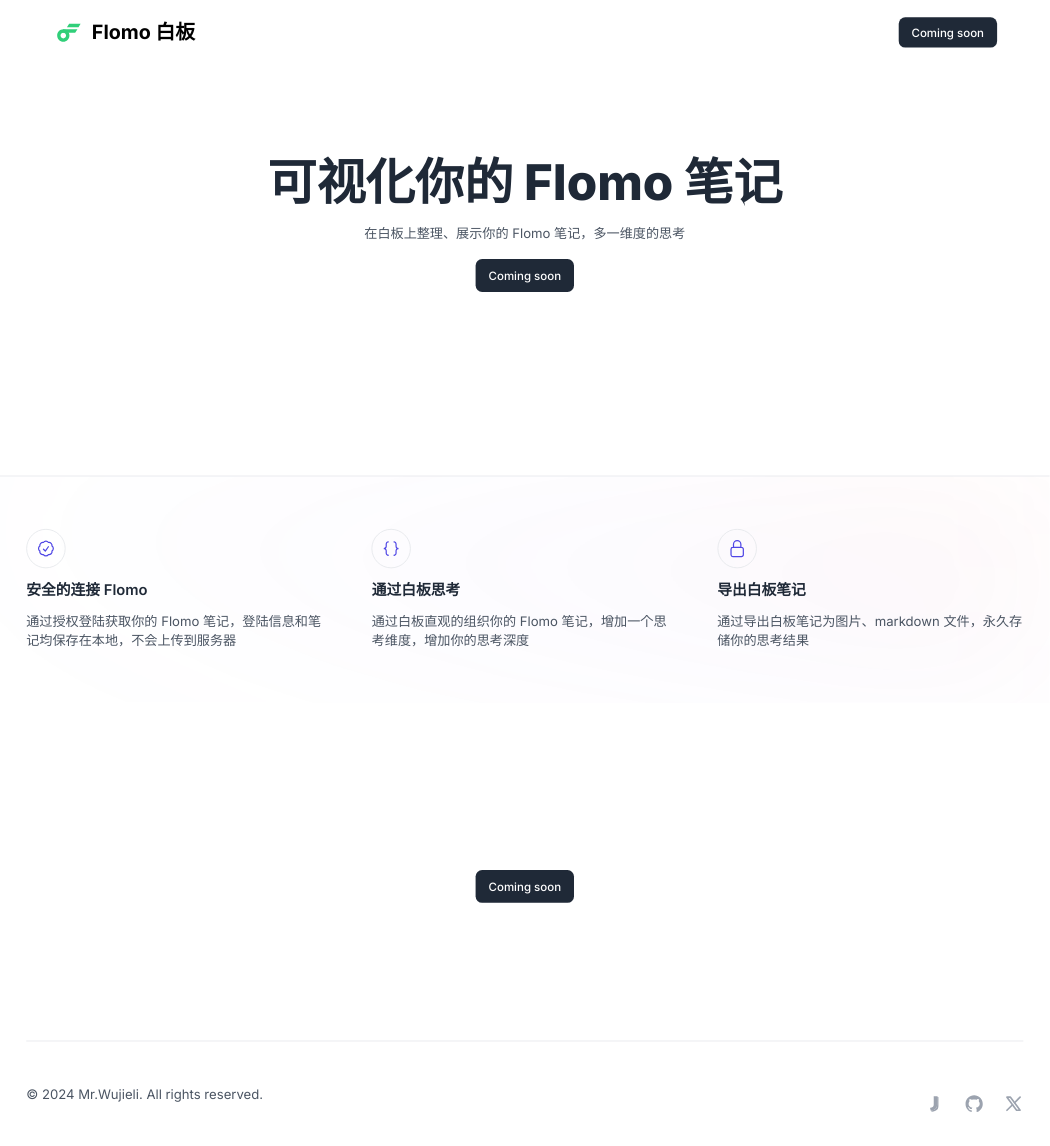
Repository: wujieli0207/flomo-board
Page: /
The author's editor kept a copy of each file at every save. The page is drawn from the files as they stood at one save, then again after the next save.
The browser window is 1280 px wide. The pictures show the whole page, at 82% of full size.
The project was rebuilt for these pictures with package versions that can differ from the ones it lists, and the page was loaded fresh each time. The framework's server and built-in components were replaced by stand-ins that run in the browser. Also part of the build but not shown: next.config.mjs.

Above is the page before, as saved 2024-06-22 20:27:00.

### app/page.tsx
import GradientWrapper from '@/components/GradientWrapper'
import Features from '@/components/ui/Features'
import Footer from '@/components/ui/Footer'
import FooterCTA from '@/components/ui/FooterCTA'
import Hero from '@/components/ui/Hero'
import Navbar from '@/components/ui/Navbar'

export default function Home() {
  return (
    <>
      <Navbar />
      <main className="flex min-h-screen flex-col items-center justify-between">
        <Hero />
        <GradientWrapper>
          <Features />
        </GradientWrapper>
        <FooterCTA />
      </main>
      <Footer />
    </>
  )
}

### app/globals.css
@tailwind base;
@tailwind components;
@tailwind utilities;

.custom-screen {
  @apply max-w-screen-xl mx-auto px-4 md:px-8;
}

.gradient-border {
  border: 1px solid transparent;
  background: linear-gradient(white, white),
    linear-gradient(
      25deg,
      rgba(209, 213, 219, 1),
      rgba(209, 213, 219, 1),
      rgba(0, 0, 0, 0.63),
      rgba(209, 213, 219, 1),
      rgba(209, 213, 219, 1)
    );
  background-clip: padding-box, border-box;
  background-origin: padding-box, border-box;
}

### components/GradientWrapper.tsx
import { ReactNode } from 'react'

interface IProps {
  children: ReactNode
  className?: string
}

const GradientWrapper = ({ children, className = '' }: IProps) => (
  <div
    className={`relative overflow-hidden my-16 border-t sm:my-28 ${
      className ?? ''
    }`}
  >
    <div
      className="blur-[100px] absolute inset-0 w-full h-full"
      style={{
        background:
          'linear-gradient(202.72deg, rgba(237, 78, 80, 0.05) 14.76%, rgba(152, 103, 240, 0.04) 34.37%, rgba(152, 103, 240, 0) 86.62%)',
      }}
    ></div>
    <div className="relative">{children}</div>
  </div>
)

export default GradientWrapper

### components/ui/Features/index.tsx
import SectionWrapper from '../../SectionWrapper'

const Features = () => {
  const features = [
    {
      icon: (
        <svg
          xmlns="http://www.w3.org/2000/svg"
          fill="none"
          viewBox="0 0 24 24"
          strokeWidth={1.5}
          stroke="currentColor"
          className="w-6 h-6"
        >
          <path
            strokeLinecap="round"
            strokeLinejoin="round"
            d="M9 12.75L11.25 15 15 9.75M21 12c0 1.268-.63 2.39-1.593 3.068a3.745 3.745 0 01-1.043 3.296 3.745 3.745 0 01-3.296 1.043A3.745 3.745 0 0112 21c-1.268 0-2.39-.63-3.068-1.593a3.746 3.746 0 01-3.296-1.043 3.745 3.745 0 01-1.043-3.296A3.745 3.745 0 013 12c0-1.268.63-2.39 1.593-3.068a3.745 3.745 0 011.043-3.296 3.746 3.746 0 013.296-1.043A3.746 3.746 0 0112 3c1.268 0 2.39.63 3.068 1.593a3.746 3.746 0 013.296 1.043 3.746 3.746 0 011.043 3.296A3.745 3.745 0 0121 12z"
          />
        </svg>
      ),
      title: '安全的连接 Flomo',
      desc: '通过授权登陆获取你的 Flomo 笔记，登陆信息和笔记均保存在本地，不会上传到服务器',
    },
    {
      icon: (
        <svg
          className="w-6 h-6"
          viewBox="0 0 24 24"
          fill="none"
          xmlns="http://www.w3.org/2000/svg"
        >
          <path
            fill-rule="evenodd"
            clip-rule="evenodd"
            d="M9 4.476V3H8.865C8.3955 3 7.941 3.093 7.5015 3.2775C7.06407 3.46087 6.66854 3.73136 6.339 4.0725C6.01829 4.39483 5.76667 4.77915 5.5995 5.202V5.2035C5.45069 5.60502 5.35097 6.02305 5.3025 6.4485V6.4515C5.25984 6.8816 5.24781 7.31419 5.2665 7.746C5.2845 8.181 5.2935 8.616 5.2935 9.0495C5.2935 9.354 5.2335 9.639 5.118 9.9075V9.909C4.89786 10.433 4.48805 10.8546 3.9705 11.0895C3.70659 11.2048 3.42148 11.2635 3.1335 11.262H3V12.738H3.135C3.4275 12.738 3.705 12.798 3.969 12.9195L3.9705 12.921C4.2375 13.038 4.464 13.197 4.653 13.398L4.656 13.401C4.851 13.596 5.0055 13.8285 5.1165 14.0985L5.118 14.1015C5.235 14.3715 5.2935 14.6535 5.2935 14.9505C5.2935 15.3855 5.2845 15.8205 5.2665 16.254C5.2485 16.698 5.2605 17.1315 5.3025 17.559V17.5605C5.352 17.985 5.451 18.3975 5.598 18.7965V18.798C5.757 19.2075 6.0045 19.584 6.339 19.9275C6.6735 20.2725 7.062 20.538 7.5015 20.7225C7.941 20.907 8.3955 21 8.8665 21H9V19.524H8.865C8.565 19.524 8.2845 19.467 8.0205 19.3515C7.76585 19.2325 7.53389 19.0701 7.335 18.8715C7.14192 18.666 6.98519 18.4291 6.8715 18.171C6.7605 17.901 6.7065 17.616 6.7065 17.3115C6.7065 16.9695 6.711 16.632 6.723 16.3035C6.735 15.9615 6.735 15.6285 6.723 15.306C6.71771 14.9845 6.69015 14.6637 6.6405 14.346C6.59278 14.0326 6.50819 13.726 6.3885 13.4325C6.15504 12.8646 5.77322 12.3698 5.283 12C5.77377 11.6304 6.15612 11.1356 6.39 10.5675C6.51 10.2795 6.5925 9.978 6.642 9.6645C6.6915 9.3495 6.7185 9.03 6.7245 8.7045C6.7365 8.3745 6.7365 8.0415 6.7245 7.7055C6.7125 7.3695 6.7065 7.0305 6.7065 6.6885C6.7039 6.25858 6.82703 5.83727 7.06076 5.47643C7.29448 5.11558 7.6286 4.83093 8.022 4.6575C8.28687 4.53605 8.57512 4.4741 8.8665 4.476H9ZM15 19.524V21H15.135C15.6045 21 16.059 20.907 16.4985 20.7225C16.938 20.538 17.3265 20.2725 17.661 19.9275C17.9955 19.5825 18.243 19.2075 18.4005 18.798V18.7965C18.5505 18.3975 18.648 17.982 18.6975 17.5515V17.5485C18.7395 17.1285 18.7515 16.698 18.7335 16.254C18.7155 15.819 18.7065 15.384 18.7065 14.9505C18.7065 14.646 18.7665 14.361 18.882 14.0925V14.091C19.1019 13.5668 19.5118 13.1452 20.0295 12.9105C20.2935 12.7954 20.5785 12.7367 20.8665 12.738H21V11.262H20.865C20.571 11.262 20.2935 11.202 20.0295 11.0805L20.028 11.079C19.7705 10.968 19.5382 10.8057 19.3455 10.602L19.3425 10.599C19.1443 10.3993 18.9878 10.1622 18.882 9.9015V9.8985C18.7648 9.63083 18.7045 9.34171 18.705 9.0495C18.705 8.6145 18.714 8.1795 18.732 7.746C18.7507 7.3107 18.7387 6.87461 18.696 6.441V6.4395C18.6474 6.01715 18.5482 5.60217 18.4005 5.2035V5.202C18.2329 4.77902 17.9807 4.39469 17.6595 4.0725C17.3299 3.7314 16.9344 3.46091 16.497 3.2775C16.0653 3.09415 15.601 2.99977 15.132 3H15V4.476H15.135C15.435 4.476 15.7155 4.533 15.978 4.6485C16.239 4.7715 16.467 4.9305 16.6635 5.1285C16.854 5.3295 17.0085 5.5635 17.127 5.829C17.238 6.099 17.292 6.384 17.292 6.6885C17.292 7.0305 17.2875 7.3665 17.2755 7.6965C17.2635 8.0385 17.2635 8.3715 17.2755 8.694C17.2815 9.027 17.3085 9.3465 17.358 9.654C17.4075 9.975 17.4915 10.278 17.61 10.5675C17.8439 11.1356 18.2263 11.6303 18.717 12C18.2263 12.3697 17.8439 12.8644 17.61 13.4325C17.4912 13.7227 17.4066 14.0257 17.358 14.3355C17.3085 14.6505 17.2815 14.97 17.2755 15.2955C17.2634 15.6284 17.2634 15.9616 17.2755 16.2945C17.2875 16.6305 17.2935 16.9695 17.2935 17.3115C17.2959 17.7414 17.1727 18.1626 16.939 18.5234C16.7053 18.8842 16.3713 19.1689 15.978 19.3425C15.7131 19.4639 15.4249 19.5259 15.1335 19.524H15Z"
            fill="currentColor"
          />
        </svg>
      ),
      title: '通过白板思考',
      desc: '通过白板直观的组织你的 Flomo 笔记，增加一个思考维度，增加你的思考深度',
    },
    {
      icon: (
        <svg
          xmlns="http://www.w3.org/2000/svg"
          fill="none"
          viewBox="0 0 24 24"
          strokeWidth={1.5}
          stroke="currentColor"
          className="w-6 h-6"
        >
          <path
            strokeLinecap="round"
            strokeLinejoin="round"
            d="M16.5 10.5V6.75a4.5 4.5 0 10-9 0v3.75m-.75 11.25h10.5a2.25 2.25 0 002.25-2.25v-6.75a2.25 2.25 0 00-2.25-2.25H6.75a2.25 2.25 0 00-2.25 2.25v6.75a2.25 2.25 0 002.25 2.25z"
          />
        </svg>
      ),
      title: '导出白板笔记',
      desc: '通过导出白板笔记为图片、markdown 文件，永久存储你的思考结果',
    },
  ]

  return (
    <SectionWrapper>
      <div id="features" className="custom-screen text-gray-600">
        <ul className="grid gap-x-12 gap-y-8 sm:grid-cols-2 lg:grid-cols-3">
          {features.map((item, idx) => (
            <li key={idx} className="space-y-3">
              <div className="w-12 h-12 border text-indigo-600 rounded-full flex items-center justify-center">
                {item.icon}
              </div>
              <h4 className="text-lg text-gray-800 font-semibold">
                {item.title}
              </h4>
              <p>{item.desc}</p>
            </li>
          ))}
        </ul>
      </div>
    </SectionWrapper>
  )
}

export default Features

### components/ui/Footer/index.tsx
import Link from 'next/link'

const socialInfo = [
  {
    icon: (
      <svg
        className="fill-current h-6"
        viewBox="0 0 1024 1024"
        version="1.1"
        xmlns="http://www.w3.org/2000/svg"
        p-id="11966"
      >
        <path
          d="M297.88660622 864.60698169a17.99472925 17.99472925 0 0 1-1.92238933 0.35535076l61.27179093 59.73970488c58.91832035-5.41181725 116.59000035-20.90744035 159.05150293-36.26325333 42.49645511-15.39076551 77.44316302-35.15642311 104.9100288-59.38435413a221.79130027 221.79130027 0 0 0 61.02129778-87.27647574c13.18293049-33.98551325 19.77148302-73.20225565 19.77148302-117.66187804V404.55008711c0-49.51608889 0.18058809-92.43779982 0.53593885-128.73600569 0.35535075-36.3331584 0.57089138-69.10698382 0.57089138-98.42633387l-68.53609245-54.67741297c0 29.24361955-0.18058809 62.01744498-0.53593884 98.31565084s-0.53593885 79.22574222-0.53593884 128.73600569v219.57763982c0 44.45379698-6.58855253 83.6763648-19.77148303 117.62692552a221.8786816 221.8786816 0 0 1-61.02129777 87.27647573c-27.43191325 24.2221056-62.40774827 44.02854115-104.9100288 59.38435413-41.93138915 15.16357405-91.9076864 25.49787307-149.89976463 30.97959538z"
          p-id="11967"
        ></path>
        <path
          d="M634.59018525 122.59965155c0 29.27857209-0.21554062 62.08735005-0.57089138 98.39138134a13396.43221333 13396.43221333 0 0 0-0.53593885 128.77678364v219.57763982c0 44.45379698-6.58855253 83.6763648-19.80643555 117.62692552a221.85537991 221.85537991 0 0 1-60.98634525 87.27647573c-27.46686578 24.2221056-62.44852622 44.02854115-104.9100288 59.38435413s-93.15432675 25.75419165-152.07264711 31.17183432l-33.05927111-142.02379378c26.85519645-2.98261618 53.48320142-7.79441493 79.68595058-14.38879289a165.97210453 165.97210453 0 0 0 59.62902187-28.46301298c18.05880889-14.06839467 31.70194773-31.77767822 40.96436906-53.1103744 9.19251627-21.3385216 13.78294898-49.51608889 13.78294898-84.5676544 0-28.21251982 0.1048576-57.92217315 0.28544569-89.19886507 0.18058809-31.24173938 0.25049315-63.51457849 0.25049315-96.74861226 0-57.85226809-0.25049315-103.83815111-0.786432-137.99842702-0.57089138-34.16027591-0.9961472-66.04281173-1.35149795-95.68256h179.42882987l0.0524288-0.0233017z"
          p-id="11968"
        ></path>
      </svg>
    ),
    href: 'https://web.okjike.com/u/737645D8-42B5-4B4F-9687-DCA50D85DE1A',
  },
  {
    icon: (
      <svg
        className="fill-current h-6 icon"
        viewBox="0 0 1024 1024"
        version="1.1"
        xmlns="http://www.w3.org/2000/svg"
        p-id="10708"
      >
        <path
          d="M511.6 76.3C264.3 76.2 64 276.4 64 523.5 64 718.9 189.3 885 363.8 946c23.5 5.9 19.9-10.8 19.9-22.2v-77.5c-135.7 15.9-141.2-73.9-150.3-88.9C215 726 171.5 718 184.5 703c30.9-15.9 62.4 4 98.9 57.9 26.4 39.1 77.9 32.5 104 26 5.7-23.5 17.9-44.5 34.7-60.8-140.6-25.2-199.2-111-199.2-213 0-49.5 16.3-95 48.3-131.7-20.4-60.5 1.9-112.3 4.9-120 58.1-5.2 118.5 41.6 123.2 45.3 33-8.9 70.7-13.6 112.9-13.6 42.4 0 80.2 4.9 113.5 13.9 11.3-8.6 67.3-48.8 121.3-43.9 2.9 7.7 24.7 58.3 5.5 118 32.4 36.8 48.9 82.7 48.9 132.3 0 102.2-59 188.1-200 212.9 23.5 23.2 38.1 55.4 38.1 91v112.5c0.8 9 0 17.9 15 17.9 177.1-59.7 304.6-227 304.6-424.1 0-247.2-200.4-447.3-447.5-447.3z"
          p-id="10709"
        ></path>
      </svg>
    ),
    href: 'https://github.com/wujieli0207',
  },
  {
    icon: (
      <svg
        xmlns="http://www.w3.org/2000/svg"
        width="24"
        height="24"
        viewBox="0 0 24 24"
        fill="none"
        stroke="currentColor"
        stroke-width="2"
        stroke-linecap="round"
        stroke-linejoin="round"
      >
        <path stroke="none" d="M0 0h24v24H0z" fill="none" />
        <path d="M4 4l11.733 16h4.267l-11.733 -16z" />
        <path d="M4 20l6.768 -6.768m2.46 -2.46l6.772 -6.772" />
      </svg>
    ),
    href: 'https://x.com/li_wujie',
  },
]

const Footer = () => (
  <footer>
    <div className="custom-screen pt-16">
      <div className="mt-10 py-10 border-t items-center justify-between sm:flex">
        <p className="text-gray-600">
          © 2024{' '}
          <Link
            href="https://wujieli.com"
            target="_blank"
            className="hover:text-gray-800 hover:underline duration-150"
          >
            Mr.Wujieli
          </Link>
          . All rights reserved.
        </p>
        <div className="flex items-center gap-x-6 text-gray-400 mt-6">
          {socialInfo.map((item, idx) => (
            <a
              key={idx}
              href={item.href}
              aria-label="social media"
              target="_blank"
              rel="noreferrer"
            >
              {item.icon}
            </a>
          ))}
        </div>
      </div>
    </div>
  </footer>
)

export default Footer

### components/ui/FooterCTA/index.tsx
import SectionWrapper from '../../SectionWrapper'
import NavLink from '../NavLink'

const FooterCTA = () => (
  <SectionWrapper>
    <div className="custom-screen">
      <div className="max-w-2xl mx-auto text-center">
        <h2 className="text-gray-800 text-3xl font-semibold sm:text-4xl">
          {/* TODO */}
        </h2>
        <p className="mt-3 text-gray-600">{/* TODO */}</p>
        <NavLink
          href="/"
          className="mt-4 inline-block font-medium text-sm text-white bg-gray-800 hover:bg-gray-600 active:bg-gray-900"
        >
          Coming soon
        </NavLink>
      </div>
    </div>
  </SectionWrapper>
)

export default FooterCTA

### components/ui/Hero/index.tsx
import NavLink from '../NavLink'

const Hero = () => (
  <section>
    <div className="custom-screen py-28 text-gray-600">
      <div className="space-y-5 max-w-4xl mx-auto text-center">
        <h1 className="text-4xl text-gray-800 font-extrabold mx-auto sm:text-6xl">
          可视化你的 Flomo 笔记
        </h1>
        <p className="max-w-xl mx-auto">
          在白板上整理、展示你的 Flomo 笔记，多一维度的思考
        </p>
        <div className="flex items-center justify-center gap-x-3 font-medium text-sm">
          <NavLink
            href="/"
            className="text-white bg-gray-800 hover:bg-gray-600 active:bg-gray-900 "
          >
            Coming soon
          </NavLink>
          {/* <NavLink
            href="#cta"
            className="text-gray-700 border hover:bg-gray-50"
          >
            Learn more
          </NavLink> */}
        </div>
      </div>
    </div>
  </section>
)

export default Hero

### components/ui/Navbar/index.tsx
'use client'

import Link from 'next/link'
import { useEffect, useState } from 'react'
import Brand from '../Brand'
import NavLink from '../NavLink'

const Navbar = () => {
  const [state, setState] = useState(false)
  // const { events } = useRouter()

  // const navigation = [{ title: 'Features', path: '#features' }]

  useEffect(() => {
    // Close the navbar menu when navigate
    const handleState = () => {
      document.body.classList.remove('overflow-hidden')
      setState(false)
    }
    // events.on('routeChangeStart', () => handleState())
    // events.on('hashChangeStart', () => handleState())
  }, [])

  const handleNavMenu = () => {
    setState(!state)
    document.body.classList.toggle('overflow-hidden')
  }

  return (
    <nav
      className={`bg-white w-full px-8 md:static md:text-sm ${
        state ? 'fixed z-10 h-full' : ''
      }`}
    >
      <div className="custom-screen items-center mx-auto md:flex">
        <div className="flex items-center justify-between py-3 md:py-5 md:block">
          <Brand />
          <div className="md:hidden">
            <button
              role="button"
              aria-label="Open the menu"
              className="text-gray-500 hover:text-gray-800"
              onClick={handleNavMenu}
            >
              {state ? (
                <svg
                  xmlns="http://www.w3.org/2000/svg"
                  className="h-6 w-6"
                  viewBox="0 0 20 20"
                  fill="currentColor"
                >
                  <path
                    fillRule="evenodd"
                    d="M4.293 4.293a1 1 0 011.414 0L10 8.586l4.293-4.293a1 1 0 111.414 1.414L11.414 10l4.293 4.293a1 1 0 01-1.414 1.414L10 11.414l-4.293 4.293a1 1 0 01-1.414-1.414L8.586 10 4.293 5.707a1 1 0 010-1.414z"
                    clipRule="evenodd"
                  />
                </svg>
              ) : (
                <svg
                  xmlns="http://www.w3.org/2000/svg"
                  fill="none"
                  viewBox="0 0 24 24"
                  strokeWidth={1.5}
                  stroke="currentColor"
                  className="w-6 h-6"
                >
                  <path
                    strokeLinecap="round"
                    strokeLinejoin="round"
                    d="M3.75 6.75h16.5M3.75 12h16.5m-16.5 5.25h16.5"
                  />
                </svg>
              )}
            </button>
          </div>
        </div>
        <div
          className={`flex-1 pb-3 mt-8 md:pb-0 md:mt-0 md:block ${
            state ? '' : 'hidden'
          }`}
        >
          <ul className="text-gray-700 justify-end items-center space-y-6 md:flex md:space-x-6 md:space-y-0 md:text-gray-600 md:font-medium">
            {/* {navigation.map((item, idx) => {
              return (
                <li key={idx} className="duration-150 hover:text-gray-900">
                  <Link href={item.path} className="block">
                    {item.title}
                  </Link>
                </li>
              )
            })} */}
            <li>
              <NavLink
                href="/"
                className="block font-medium text-sm text-white bg-gray-800 hover:bg-gray-600 active:bg-gray-900 md:inline"
              >
                Coming soon
              </NavLink>
            </li>
          </ul>
        </div>
      </div>
    </nav>
  )
}

export default Navbar

### components/SectionWrapper.tsx
import { ReactNode } from 'react'

interface IProps {
  children: ReactNode
  id?: string
  className?: string
}

const SectionWrapper = ({ children, id, className }: IProps) => (
  <section id={id} className={`py-16 ${className ?? ''}`}>
    {children}
  </section>
)

export default SectionWrapper

### components/ui/NavLink/index.tsx
import Link from 'next/link'
import { ReactNode } from 'react'

interface IProps {
  children: ReactNode
  href: string
  className?: string
}

const NavLink = ({ children, href, className = '' }: IProps) => (
  <Link
    href={href}
    className={`py-2.5 px-4 text-center rounded-lg duration-150 ${className}`}
  >
    {children}
  </Link>
)

export default NavLink

### components/ui/Brand/index.tsx
import Image from 'next/image'
import Link from 'next/link'

const Brand = () => (
  <Link href="/" className="flex items-center">
    <Image src="/logo.svg" width={40} height={40} alt="logo" />
    <h1 className="ml-2 text-2xl font-bold">Flomo 白板</h1>
  </Link>
)
export default Brand

### tailwind.config.ts
import type { Config } from 'tailwindcss'

const config: Config = {
  content: [
    './pages/**/*.{js,ts,jsx,tsx,mdx}',
    './components/**/*.{js,ts,jsx,tsx,mdx}',
    './app/**/*.{js,ts,jsx,tsx,mdx}',
  ],
  theme: {
    extend: {
      backgroundImage: {
        'gradient-radial': 'radial-gradient(var(--tw-gradient-stops))',
        'gradient-conic':
          'conic-gradient(from 180deg at 50% 50%, var(--tw-gradient-stops))',
      },
    },
  },
  plugins: [
    require('@tailwindcss/forms')({
      strategy: 'class', // only generate classes
    }),
  ],
}
export default config

Loaded but not shown: app/layout.tsx (common file)

After the next save:
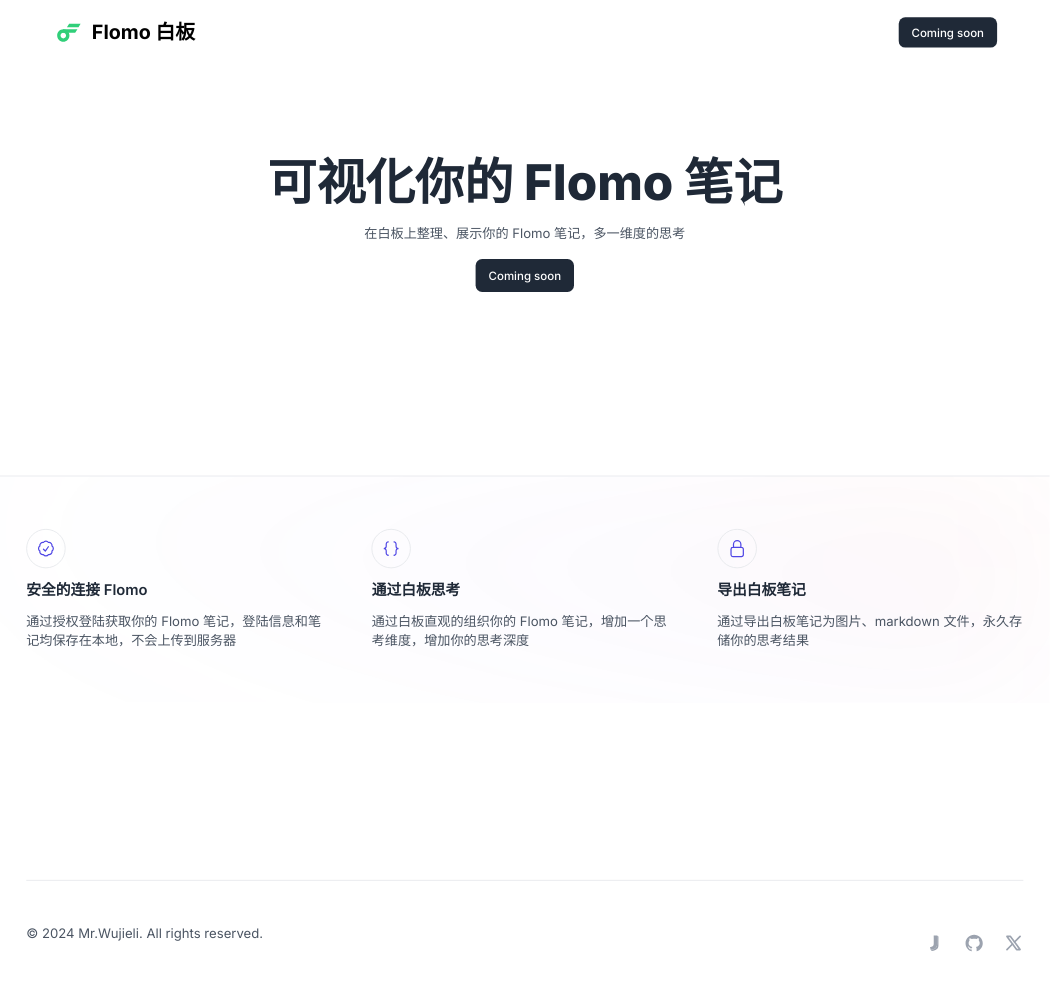
Saved 12 s later.
--- a/app/page.tsx
+++ b/app/page.tsx
@@ -1,7 +1,6 @@
 import GradientWrapper from '@/components/GradientWrapper'
 import Features from '@/components/ui/Features'
 import Footer from '@/components/ui/Footer'
-import FooterCTA from '@/components/ui/FooterCTA'
 import Hero from '@/components/ui/Hero'
 import Navbar from '@/components/ui/Navbar'
 
@@ -14,7 +13,6 @@
         <GradientWrapper>
           <Features />
         </GradientWrapper>
-        <FooterCTA />
       </main>
       <Footer />
     </>
